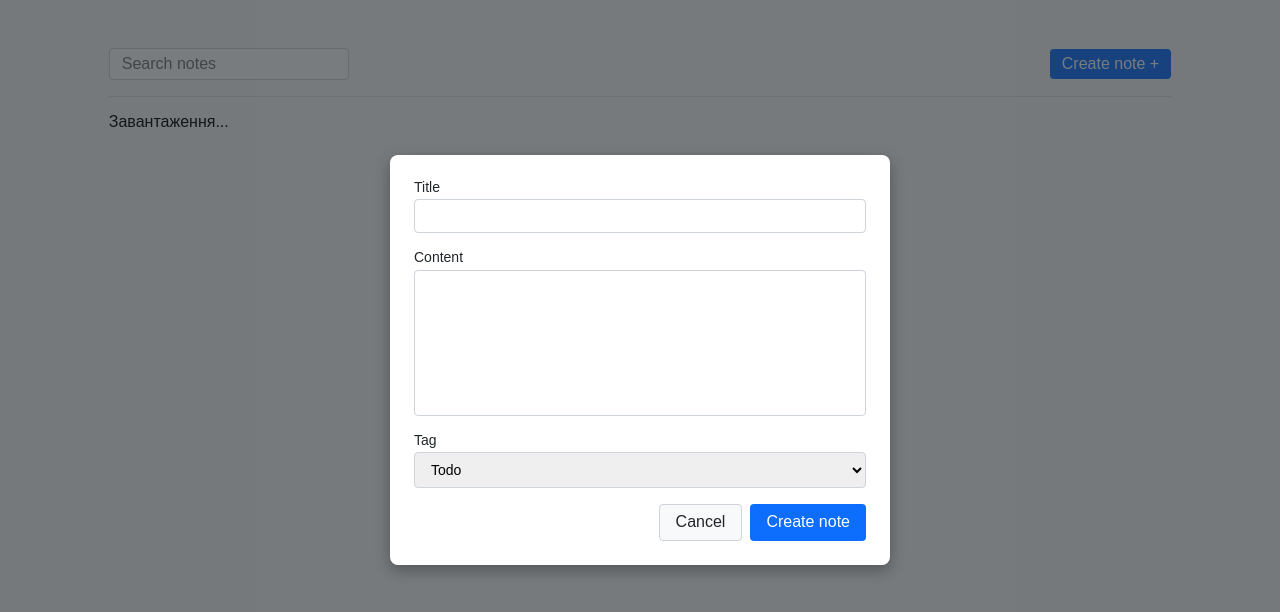
Repository: SvitSh/05-notehub
Page: /, after clicking the first element matching `button.App_2f935_button`
An editor plug-in stored every save of this project. The page is shown before and after the next save, followed by the edit.
The browser window is 1280 px wide. The pictures show the whole page.
The page's requests for data from a server got no answer. The project was rebuilt for these pictures with package versions that can differ from the ones it lists, and the page was loaded fresh each time. No one was signed in, and anything a server would have sent is missing. Also part of the build but not shown: vite.config.ts, src/components/Pagination/Pagination.module.css, src/components/Pagination/Pagination.tsx, src/components/NoteList/NoteList.module.css, src/components/NoteList/NoteList.tsx.

Above is the page before, as saved 2025-07-27 22:09:04.

### index.html
<!DOCTYPE html>
<html lang="en">
  <head>
    <meta charset="UTF-8" />
    <title>NoteHub</title>
    <meta name="viewport" content="width=device-width, initial-scale=1.0" />
  </head>
  <body>
    <div id="root"></div>
    <div id="modal-root"></div>
    <script type="module" src="/src/main.tsx"></script>
  </body>
</html>

### src/main.tsx
// src/main.tsx
import React from "react";
import ReactDOM from "react-dom/client";
import { QueryClient, QueryClientProvider } from "@tanstack/react-query";
import App from "./components/App/App";
import "modern-normalize";
import "./index.css";

const queryClient = new QueryClient();

ReactDOM.createRoot(document.getElementById("root")!).render(
  <React.StrictMode>
    <QueryClientProvider client={queryClient}>
      <App />
    </QueryClientProvider>
  </React.StrictMode>
);

### src/components/App/App.tsx
// src/components/App/App.tsx
import { useState } from "react";
import { useQuery } from "@tanstack/react-query";
import { useDebounce } from "use-debounce";

import css from "./App.module.css";

import SearchBox from "../SearchBox/SearchBox";
import Pagination from "../Pagination/Pagination";
import NoteList from "../NoteList/NoteList";
import Modal from "../Modal/Modal";
import NoteForm from "../NoteForm/NoteForm";

import { fetchNotes } from "../../services/noteService";
import type { FetchNotesResponse } from "../../services/noteService";

const PER_PAGE = 12;

const App = () => {
  const [search, setSearch] = useState("");
  const [page, setPage] = useState(1);
  const [isModalOpen, setIsModalOpen] = useState(false);

  const [debouncedSearch] = useDebounce(search, 400);

  const { data, isLoading, isError } = useQuery<FetchNotesResponse>({
    queryKey: ["notes", page, PER_PAGE, debouncedSearch],
    queryFn: () =>
      fetchNotes({ page, perPage: PER_PAGE, search: debouncedSearch }),
    placeholderData: (prev) => prev, // аналог keepPreviousData
  });

  const totalPages = data?.totalPages ?? 0;

  const handlePageChange = (newPage: number) => setPage(newPage);
  const handleSearch = (value: string) => {
    setSearch(value);
    setPage(1);
  };

  return (
    <div className={css.app}>
      <header className={css.toolbar}>
        <SearchBox value={search} onSearch={handleSearch} />

        {totalPages > 1 && (
          <Pagination
            currentPage={page}
            pageCount={totalPages}
            onPageChange={handlePageChange}
          />
        )}

        <button className={css.button} onClick={() => setIsModalOpen(true)}>
          Create note +
        </button>
      </header>

      {isLoading && <p>Завантаження...</p>}
      {isError && <p>Помилка при отриманні нотаток.</p>}
      {data && data.notes.length > 0 && <NoteList notes={data.notes} />}

      {isModalOpen && (
        <Modal onClose={() => setIsModalOpen(false)}>
          <NoteForm
            onClose={() => setIsModalOpen(false)}
            onSubmit={() => setIsModalOpen(false)}
          />
        </Modal>
      )}
    </div>
  );
};

export default App;

### src/index.css
body {
  font-family: sans-serif;
  margin: 0;
  padding: 2rem;
  background: #f8f9fa;
}

main {
  max-width: 800px;
  margin: auto;
}

ul {
  list-style: none;
  padding: 0;
}

li {
  background: white;
  padding: 1rem;
  margin-bottom: 0.5rem;
  border-radius: 4px;
}

### src/components/SearchBox/SearchBox.tsx
// src/components/SearchBox/SearchBox.tsx
import css from "./SearchBox.module.css";

interface SearchBoxProps {
  value: string;
  onSearch: (value: string) => void;
}

const SearchBox = ({ value, onSearch }: SearchBoxProps) => {
  return (
    <input
      className={css.input}
      type="text"
      placeholder="Search notes"
      value={value}
      onChange={(e) => onSearch(e.target.value)}
    />
  );
};

export default SearchBox;

### src/components/Modal/Modal.tsx
// src/components/Modal/Modal.tsx
import { useEffect } from "react";
import { createPortal } from "react-dom";
import css from "./Modal.module.css";

interface ModalProps {
  onClose: () => void;
  children: React.ReactNode;
}

const modalRoot = document.getElementById("modal-root") as HTMLElement;

const Modal = ({ onClose, children }: ModalProps) => {
  useEffect(() => {
    const onEsc = (e: KeyboardEvent) => {
      if (e.key === "Escape") onClose();
    };
    window.addEventListener("keydown", onEsc);
    return () => window.removeEventListener("keydown", onEsc);
  }, [onClose]);

  const onBackdrop = (e: React.MouseEvent<HTMLDivElement>) => {
    if (e.target === e.currentTarget) onClose();
  };

  return createPortal(
    <div
      className={css.backdrop}
      role="dialog"
      aria-modal="true"
      onClick={onBackdrop}
    >
      <div className={css.modal}>{children}</div>
    </div>,
    modalRoot
  );
};

export default Modal;

### src/components/NoteForm/NoteForm.tsx
import { Formik, Form, Field, ErrorMessage } from "formik";
import * as Yup from "yup";
import css from "./NoteForm.module.css";
import { CreateNoteDto } from "../../services/noteService";

interface NoteFormProps {
  onClose: () => void;
  onSubmit: (values: CreateNoteDto) => void;
}

const schema = Yup.object({
  title: Yup.string().min(3).max(50).required("Required"),
  content: Yup.string().max(500),
  tag: Yup.mixed<"Todo" | "Work" | "Personal" | "Meeting" | "Shopping">()
    .oneOf(["Todo", "Work", "Personal", "Meeting", "Shopping"])
    .required("Required"),
});

const initialValues: CreateNoteDto = {
  title: "",
  content: "",
  tag: "Todo",
};

const NoteForm = ({ onClose, onSubmit }: NoteFormProps) => {
  const handleSubmit = (values: CreateNoteDto) => {
    onSubmit(values);
  };

  return (
    <Formik
      initialValues={initialValues}
      validationSchema={schema}
      onSubmit={handleSubmit}
    >
      {({ isValid, isSubmitting }) => (
        <Form className={css.form}>
          <div className={css.formGroup}>
            <label htmlFor="title">Title</label>
            <Field id="title" name="title" type="text" className={css.input} />
            <ErrorMessage name="title" component="span" className={css.error} />
          </div>

          <div className={css.formGroup}>
            <label htmlFor="content">Content</label>
            <Field
              as="textarea"
              id="content"
              name="content"
              rows={8}
              className={css.textarea}
            />
            <ErrorMessage
              name="content"
              component="span"
              className={css.error}
            />
          </div>

          <div className={css.formGroup}>
            <label htmlFor="tag">Tag</label>
            <Field as="select" id="tag" name="tag" className={css.select}>
              <option value="Todo">Todo</option>
              <option value="Work">Work</option>
              <option value="Personal">Personal</option>
              <option value="Meeting">Meeting</option>
              <option value="Shopping">Shopping</option>
            </Field>
            <ErrorMessage name="tag" component="span" className={css.error} />
          </div>

          <div className={css.actions}>
            <button
              type="button"
              className={css.cancelButton}
              onClick={onClose}
            >
              Cancel
            </button>
            <button
              type="submit"
              className={css.submitButton}
              disabled={!isValid || isSubmitting}
            >
              Create note
            </button>
          </div>
        </Form>
      )}
    </Formik>
  );
};

export default NoteForm;

### src/services/noteService.ts
// src/api/noteService.ts
import axios, { AxiosResponse } from "axios";
import { Note, NoteTag } from "../types/note";

const api = axios.create({
  baseURL: import.meta.env.VITE_API_URL,
  headers: {
    Authorization: `Bearer ${import.meta.env.VITE_NOTEHUB_TOKEN}`,
  },
});

export interface FetchNotesParams {
  page: number;
  perPage: number;
  search?: string;
}

export interface FetchNotesResponse {
  notes: Note[];
  total: number;
  totalPages: number;
  page: number;
  perPage: number;
}

interface NoteDTO {
  id: string;
  title: string;
  content: string;
  tag: NoteTag;
  createdAt: string;
  updatedAt: string;
}

export interface CreateNoteDto {
  title: string;
  content: string;
  tag: NoteTag;
}

export const fetchNotes = async ({
  page,
  perPage,
  search = "",
}: FetchNotesParams): Promise<FetchNotesResponse> => {
  const res: AxiosResponse<{
    results: NoteDTO[];
    total: number;
    page: number;
    perPage: number;
  }> = await api.get("/notes", {
    params: { page, perPage, search },
  });

  const { results, total } = res.data;
  const totalPages = Math.ceil(total / perPage);

  const notes: Note[] = results.map((n) => ({
    ...n,
    id: Number(n.id),
  }));

  return {
    notes,
    total,
    page,
    perPage,
    totalPages,
  };
};

export const createNote = async (body: CreateNoteDto): Promise<Note> => {
  const res: AxiosResponse<NoteDTO> = await api.post("/notes", body);
  const dto = res.data;
  return { ...dto, id: Number(dto.id) };
};

export const deleteNote = async (id: number): Promise<Note> => {
  const res: AxiosResponse<NoteDTO> = await api.delete(`/notes/${id}`);
  const dto = res.data;
  return { ...dto, id: Number(dto.id) };
};

### src/components/NoteForm/NoteForm.module.css
.form {
  display: flex;
  flex-direction: column;
  gap: 16px;
}

.formGroup {
  display: flex;
  flex-direction: column;
  font-size: 14px;
  font-weight: 500;
  color: #212529;
}

.input,
.textarea,
.select {
  margin-top: 4px;
  padding: 8px 12px;
  font-size: 14px;
  border: 1px solid #ced4da;
  border-radius: 4px;
  resize: none;
}

.actions {
  display: flex;
  justify-content: flex-end;
  gap: 8px;
}

.submitButton {
  padding: 8px 16px;
  font-size: 16px;
  background-color: #0d6efd;
  color: #fff;
  border: none;
  border-radius: 4px;
  cursor: pointer;
  transition: background-color 0.2s ease;
}

.submitButton:hover {
  background-color: #0b5ed7;
}

.submitButton:disabled {
  background-color: #6c757d;
  cursor: not-allowed;
}

.cancelButton {
  padding: 8px 16px;
  font-size: 16px;
  background-color: #f8f9fa;
  color: #212529;
  border: 1px solid #ced4da;
  border-radius: 4px;
  cursor: pointer;
  transition: background-color 0.2s ease;
}

.cancelButton:hover {
  background-color: #e2e6ea;
}

.error {
  color: #dc3545;
  font-size: 12px;
  margin-top: 4px;
}

### src/api/noteService.ts
import axios, { AxiosResponse } from "axios";
import { Note, NoteTag } from "../types/note";

export interface FetchNotesParams {
  page: number;
  perPage: number;
  search?: string;
}

export interface FetchNotesResponse {
  notes: Note[];
  page: number;
  perPage: number;
  total: number;
  totalPages: number;
}

export interface CreateNoteDto {
  title: string;
  content: string;
  tag: NoteTag;
}

const api = axios.create({
  baseURL: import.meta.env.VITE_API_URL, // наприклад: https://notehub-public.goit.study/api
  headers: {
    Authorization: `Bearer ${import.meta.env.VITE_NOTEHUB_TOKEN}`,
  },
});

export const fetchNotes = async (
  params: FetchNotesParams
): Promise<FetchNotesResponse> => {
  const { page, perPage, search } = params;

  const queryParams: Record<string, any> = {
    page,
    perPage,
  };

  // Додаємо search тільки якщо є значення
  if (search && search.trim() !== "") {
    queryParams.search = search.trim();
  }

  const res: AxiosResponse<FetchNotesResponse> = await api.get("/notes", {
    params: queryParams,
  });

  return res.data;
};

export const createNote = async (body: CreateNoteDto): Promise<Note> => {
  const res: AxiosResponse<Note> = await api.post("/notes", body);
  return res.data;
};

export const deleteNote = async (id: number): Promise<Note> => {
  const res: AxiosResponse<Note> = await api.delete(`/notes/${id}`);
  return res.data;
};

Loaded but not shown: src/components/App/App.module.css (common file); src/components/SearchBox/SearchBox.module.css (common file); src/components/Modal/Modal.module.css (common file)

After the next save:
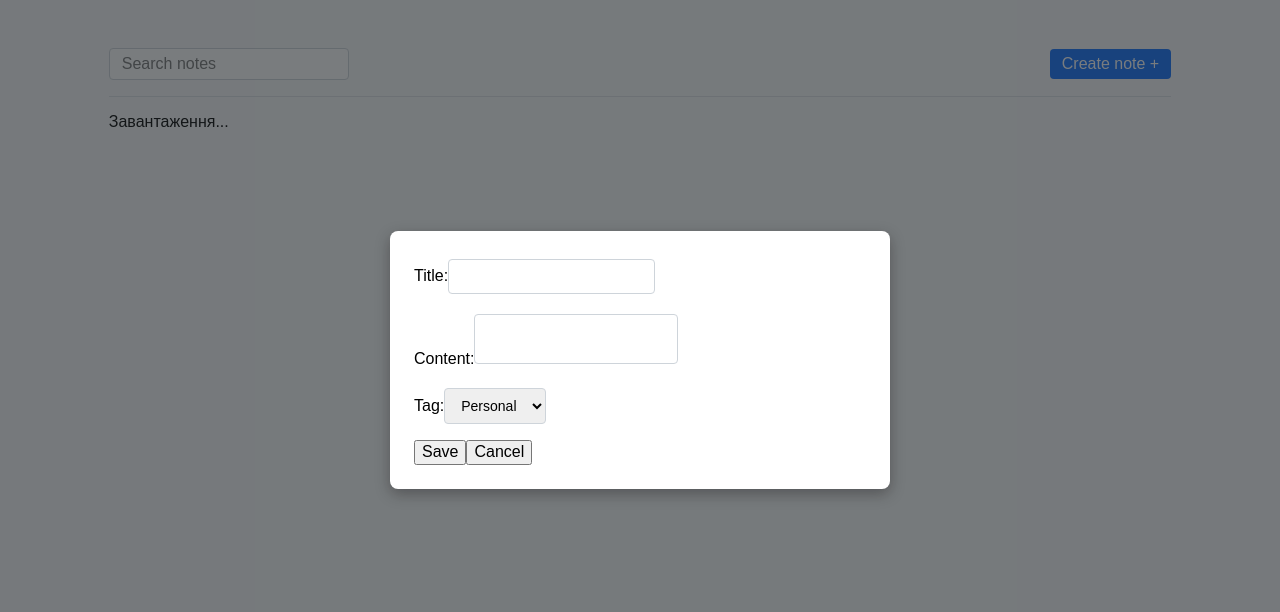
Saved 11 s later.
--- a/src/components/NoteForm/NoteForm.tsx
+++ b/src/components/NoteForm/NoteForm.tsx
@@ -1,92 +1,78 @@
+// src/components/NoteForm/NoteForm.tsx
 import { Formik, Form, Field, ErrorMessage } from "formik";
 import * as Yup from "yup";
 import css from "./NoteForm.module.css";
-import { CreateNoteDto } from "../../services/noteService";
+import { useMutation, useQueryClient } from "@tanstack/react-query";
+import { createNote } from "../../api/noteService";
+import { CreateNoteDto } from "../../api/noteService";
 
 interface NoteFormProps {
   onClose: () => void;
-  onSubmit: (values: CreateNoteDto) => void;
+  onSubmit?: () => void; // необов'язково
 }
 
-const schema = Yup.object({
-  title: Yup.string().min(3).max(50).required("Required"),
-  content: Yup.string().max(500),
-  tag: Yup.mixed<"Todo" | "Work" | "Personal" | "Meeting" | "Shopping">()
-    .oneOf(["Todo", "Work", "Personal", "Meeting", "Shopping"])
-    .required("Required"),
-});
+const NoteForm = ({ onClose, onSubmit }: NoteFormProps) => {
+  const queryClient = useQueryClient();
 
-const initialValues: CreateNoteDto = {
-  title: "",
-  content: "",
-  tag: "Todo",
-};
+  const mutation = useMutation({
+    mutationFn: (newNote: CreateNoteDto) => createNote(newNote),
+    onSuccess: () => {
+      queryClient.invalidateQueries({ queryKey: ["notes"] });
+      if (onSubmit) onSubmit();
+      onClose();
+    },
+  });
 
-const NoteForm = ({ onClose, onSubmit }: NoteFormProps) => {
-  const handleSubmit = (values: CreateNoteDto) => {
-    onSubmit(values);
-  };
+  const validationSchema = Yup.object().shape({
+    title: Yup.string().required("Title is required"),
+    content: Yup.string().required("Content is required"),
+    tag: Yup.string()
+      .oneOf(["personal", "work", "study"])
+      .required("Tag is required"),
+  });
 
   return (
     <Formik
-      initialValues={initialValues}
-      validationSchema={schema}
-      onSubmit={handleSubmit}
+      initialValues={{ title: "", content: "", tag: "personal" }}
+      validationSchema={validationSchema}
+      onSubmit={(values) => mutation.mutate(values)}
     >
-      {({ isValid, isSubmitting }) => (
-        <Form className={css.form}>
-          <div className={css.formGroup}>
-            <label htmlFor="title">Title</label>
-            <Field id="title" name="title" type="text" className={css.input} />
-            <ErrorMessage name="title" component="span" className={css.error} />
-          </div>
+      <Form className={css.form}>
+        <label className={css.label}>
+          Title:
+          <Field name="title" className={css.input} />
+          <ErrorMessage name="title" component="div" className={css.error} />
+        </label>
 
-          <div className={css.formGroup}>
-            <label htmlFor="content">Content</label>
-            <Field
-              as="textarea"
-              id="content"
-              name="content"
-              rows={8}
-              className={css.textarea}
-            />
-            <ErrorMessage
-              name="content"
-              component="span"
-              className={css.error}
-            />
-          </div>
+        <label className={css.label}>
+          Content:
+          <Field as="textarea" name="content" className={css.textarea} />
+          <ErrorMessage name="content" component="div" className={css.error} />
+        </label>
 
-          <div className={css.formGroup}>
-            <label htmlFor="tag">Tag</label>
-            <Field as="select" id="tag" name="tag" className={css.select}>
-              <option value="Todo">Todo</option>
-              <option value="Work">Work</option>
-              <option value="Personal">Personal</option>
-              <option value="Meeting">Meeting</option>
-              <option value="Shopping">Shopping</option>
-            </Field>
-            <ErrorMessage name="tag" component="span" className={css.error} />
-          </div>
+        <label className={css.label}>
+          Tag:
+          <Field as="select" name="tag" className={css.select}>
+            <option value="personal">Personal</option>
+            <option value="work">Work</option>
+            <option value="study">Study</option>
+          </Field>
+          <ErrorMessage name="tag" component="div" className={css.error} />
+        </label>
 
-          <div className={css.actions}>
-            <button
-              type="button"
-              className={css.cancelButton}
-              onClick={onClose}
-            >
-              Cancel
-            </button>
-            <button
-              type="submit"
-              className={css.submitButton}
-              disabled={!isValid || isSubmitting}
-            >
-              Create note
-            </button>
-          </div>
-        </Form>
-      )}
+        <div className={css.buttons}>
+          <button
+            type="submit"
+            className={css.submitBtn}
+            disabled={mutation.isPending}
+          >
+            {mutation.isPending ? "Saving..." : "Save"}
+          </button>
+          <button type="button" className={css.cancelBtn} onClick={onClose}>
+            Cancel
+          </button>
+        </div>
+      </Form>
     </Formik>
   );
 };
